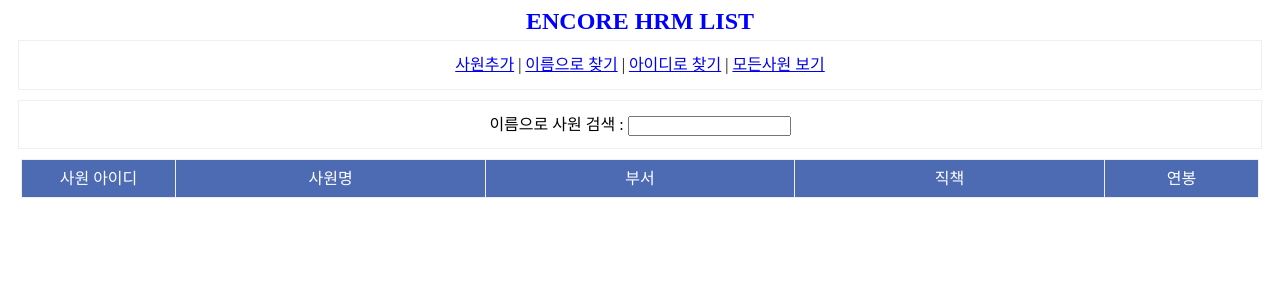
Repository: KangHoi/encore_vueWorkspace
Page: vue05_EncoreHRM/WebContent/index04.html
These files come from the project's save history. The page is drawn as it stood at one moment and after the next save; the edit follows.
The browser window is 1280 px wide. The pictures show the whole page.
Some web libraries are served in a nearby version.

Above is the page before, as saved 2021-07-14 02:06:30.

### vue05_EncoreHRM/WebContent/index04.html
<!DOCTYPE html>
<html>

<head>
    <meta http-equiv="Content-Type" content="text/html;charset=utf-8" />
    <link rel="stylesheet" type="text/css" href="./table.css" />
    <title>ENCORE HRM</title>
    <script src="https://cdnjs.cloudflare.com/ajax/libs/axios/0.18.0/axios.js"></script>
    <script src="https://cdn.jsdelivr.net/npm/vue"></script>
</head>

<body>
    <div id='app'>
        <div class='headtitle'>
            <h2>ENCORE HRM LIST</h2>
        </div>
        <div class='search_box'>
            <a href='./index04.html'>사원추가</a> |
            <a href='./index03.html'>이름으로 찾기</a> |
            <a href='./index02.html'>아이디로 찾기</a> |
            <a href='./index01.html'>모든사원 보기</a>
        </div>

		<!-- 사원추가 폼 -->
		<div class="search_box" align="center">
			이름으로 사원 검색 :
			<!--	<input type="text" name="name" @keyup="searchname" v-model="cname"> 엔터키 필요-->
			<!-- 입력될 때 바로 이벤트 발생.. vue 모델에 할당되므로 엔터키 필요없음. -->
			<input type="text" name="name" @keyup="searchname" v-on:input="cname=$event.target.value">
		</div>


		<!-- 특정 아이디의 회원이 출력되는 부분 -->
        <table class='list_table'>
            <col width="10%">
            <col width="20%">
            <col width="20%">
            <col width="20%">
            <col width="10%">
            <thead>
                <row>
                    <th>사원 아이디</th>
                    <th>사원명</th>
                    <th>부서</th>
                    <th>직책</th>
                    <th>연봉</th>
                </row>
            </thead>
            <tbody>
                <tr v-for="emp in info">
                    <td v-html="emp.id"></td>
                    <td v-html="emp.name"></td>
                    <td v-html="emp.dept_id"></td>
                    <td v-html="emp.title"></td>
                    <td>{{emp.salary | salarydecimal}}</td>
                </tr>
            </tbody>
        </table>
    </div>
    <script>
        new Vue({
            el: "#app",
            data(){
                return {
                    info:[ ],
                    loading:true,
                    errored:false,
                    cname : ''
                }
            },
            filters:{
                salarydecimal(value){
                    return value.toFixed(2);
                }
            },
            methods:{
            	searchname(){
            		//특정 단어가 포함되어있는 사원을 요청하는 비동기 통신..
            		axios
            			.get("http://127.0.0.1:7788/api/findLikeEmployees/" + this.cname)
            			.then(response=>(this.info=response.data))
            			.catch(error=>{
            				console.log(error);
            				this.errored = true;
            			})
            			.finally(()=>this.loading = false)
            		}
            }
        })
    </script>
</body>

</html>

### vue05_EncoreHRM/WebContent/table.css
@CHARSET "UTF-8";
/* input elements */
input		{font-size:12px;}
textarea	{font-size:12px;}
input.txt	{padding-top:3px; height:18px;}
select		{font-size:12px; height:20px;}
 .headtitle  { margin:auto; padding:0px; text-align:center; color: blue; font-family: serif;}
 .headtitle  > h2 { margin:auto; padding:0px; text-align:center; color: blue; font-family: serif; }
	.list_table { width:98%; border-bottom:1px solid #EFEFEF; border-right:1px solid #EFEFEF; border-collapse:collapse; margin-left:auto; margin-right:auto; clear:both; }
	.list_table2 { width:98%; border-bottom:1px solid #EFEFEF; border-right:1px solid #EFEFEF; border-collapse:collapse; margin-left:auto; margin-right:auto; clear:both; vertical-align:middle; text-align: center}
	.list_table td,.list_table th { text-align:center; border-top:1px solid #EFEFEF; border-left:1px solid #EFEFEF; padding:0.3em; }
	.list_table th { background-color:#4D6BB3; color:#FFFFFF; line-height:1.7em; font-weight:normal;}
	.list_table tr td { padding-top:0.5em; padding-bottom:0.5em;}
	.list_table td.title { padding-left:0.5em; text-align:left; }
	.list_table td.title a:hover { text-decoration:underline; }
	.list_table th, .list_table td { vertical-align:middle; }

	.list_table select { height:19px; border:#CCCCCC solid 1px; vertical-align:middle; line-height: 1.8em; padding-left:0px; }
	.list_table select option { margin-right:10px; }
	.list_table .selected_row { border:solid 0px #EFEFEF; }
	.list_table .sele { padding:0; margin:0; }

	.content_table { width:98%; border-bottom:1px solid #EFEFEF; border-right:1px solid #EFEFEF; border-collapse:collapse; margin-left:auto; margin-right:auto;  clear:both; }
	.content_table td, .content_table th { text-align:center; border-top:1px solid #EFEFEF; border-left:1px solid #EFEFEF; padding:0.3em; }
	.content_table th { background-color:#4D6BB3; color:#FFFFFF; line-height: 1.7em; font-weight:normal;}
	.content_table td { padding-left:5px; text-align:left; line-height: 1.7em; }
	.content_table td.contents { width:100%; height:400px; overflow:auto; }

	.content_table th, .content_table td { vertical-align:middle; }

	.content_table select { height:19px; border:#CCCCCC solid 1px; vertical-align:middle; line-height: 1.8em; padding-left:0px; }
	.content_table select option { margin-right:10px; }

	#files_wrap { width:99.5%; margin-left:auto; margin-right:auto; }
	#files_wrap #_file_list_item { list-style-type:disc; }

	.box_border { width:98%; border-width:1px; border-style:solid; border-color:#EFEFEF; background-color:#FFFFFF; text-align:right; padding:2px; margin-top:5px; margin-bottom:10px; margin-left:auto; margin-right:auto;}
	.search_box { width:98%; border-width:1px; border-style:solid; border-color:#EFEFEF; background-color:#FFFFFF; padding:2px; padding-top:7px; padding-bottom:7px; margin-top:5px; margin-bottom:10px; margin-left:auto; margin-right:auto; margin-top:5px; margin-bottom:10px; text-align:center; line-height:2.1em;}

	.items_title { text-align:left; margin-left:auto; margin-right:auto; padding-left:28px; padding-top:3px; background-image:url("../image/shape_square.png"); background-repeat:no-repeat; background-position:10px 0px; margin-top:25px; margin-bottom:1px; font-size:12px; font-weight:bold; }
	.items_description { width:98%; border-width:1px; border-style: solid; border-color:#EFEFEF; background-color:#FFFFFF; text-align:left; line-height:2.5; padding:2px; margin:0px;}

	.checkbox_lable {
		vertical-align:2px; margin-left:5px; margin-right:5px;
		_vertical-align:4px; _margin-left:0px; _margin-right:2px;   /* IE6 Hack */
	}

	.go_view { cursor:pointer; text-align:left; padding-left:3px;}

	.calendar_icon { cursor:pointer; border:0; width:22px; vertical-align:-6px; *vertical-align:-6px; }

	.tored {color:#aabbcc;background-color: #ddbbaa}

After the next save:
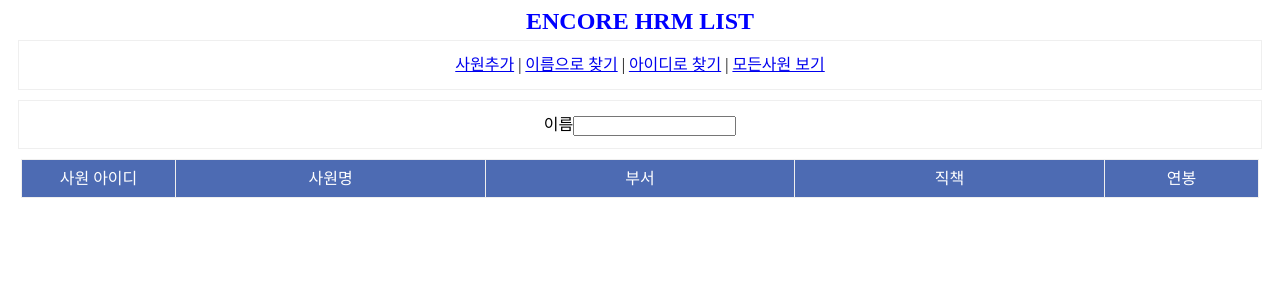
Saved 2 min 29 s later.
--- a/vue05_EncoreHRM/WebContent/index04.html
+++ b/vue05_EncoreHRM/WebContent/index04.html
@@ -23,10 +23,7 @@
 
 		<!-- 사원추가 폼 -->
 		<div class="search_box" align="center">
-			이름으로 사원 검색 :
-			<!--	<input type="text" name="name" @keyup="searchname" v-model="cname"> 엔터키 필요-->
-			<!-- 입력될 때 바로 이벤트 발생.. vue 모델에 할당되므로 엔터키 필요없음. -->
-			<input type="text" name="name" @keyup="searchname" v-on:input="cname=$event.target.value">
+			<td>이름<input type="text"></td>
 		</div>
 
 
